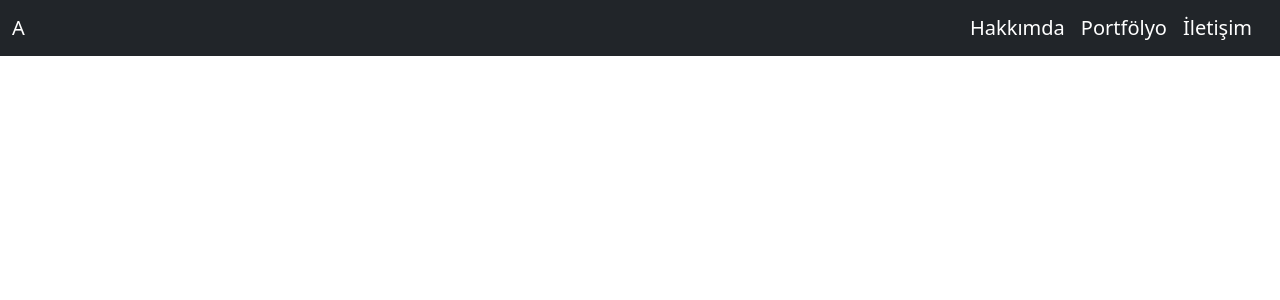
Repository: adnanyagmur/react-bootstrap-example
Page: /
The author's editor kept a copy of each file at every save. The page is drawn from the files as they stood at one save, then again after the next save.
The browser window is 1280 px wide. The pictures show the whole page.
The project was rebuilt for these pictures with package versions that can differ from the ones it lists, and the page was loaded fresh each time.

Above is the page before, as saved 2022-06-28 17:27:37.

After the next save:
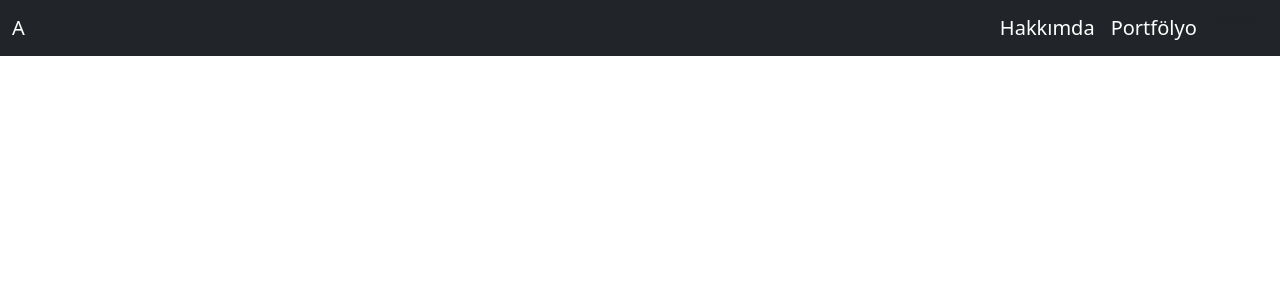
Saved 31 s later.
--- a/src/appComponents/Appbar.jsx
+++ b/src/appComponents/Appbar.jsx
@@ -10,7 +10,7 @@
     <a class="navbar-brand"></a>
     <a class="navbar-brand">Hakkımda</a>
     <a class="navbar-brand">Portfölyo</a>
-    <a class="navbar-brand">İletişim</a>
+    <a >İletişim</a>
 
     </form>
   </div>

After the save that followed:
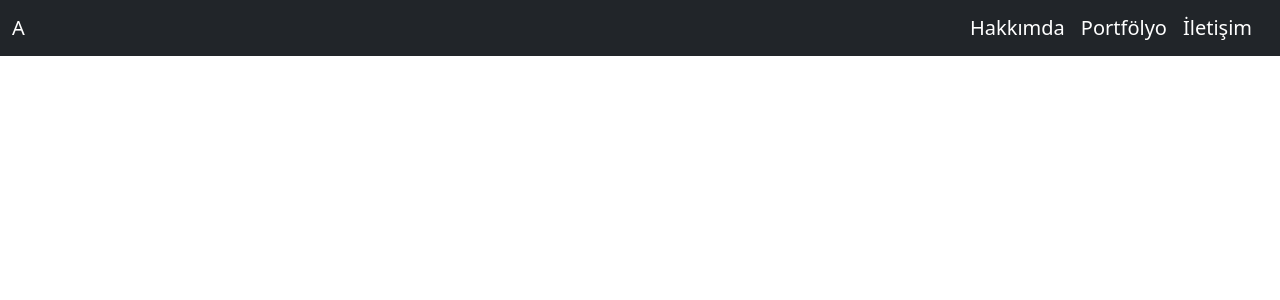
Saved 14 s later.
--- a/src/appComponents/Appbar.jsx
+++ b/src/appComponents/Appbar.jsx
@@ -10,7 +10,7 @@
     <a class="navbar-brand"></a>
     <a class="navbar-brand">Hakkımda</a>
     <a class="navbar-brand">Portfölyo</a>
-    <a >İletişim</a>
+    <a class="navbar-brand">İletişim</a>
 
     </form>
   </div>
